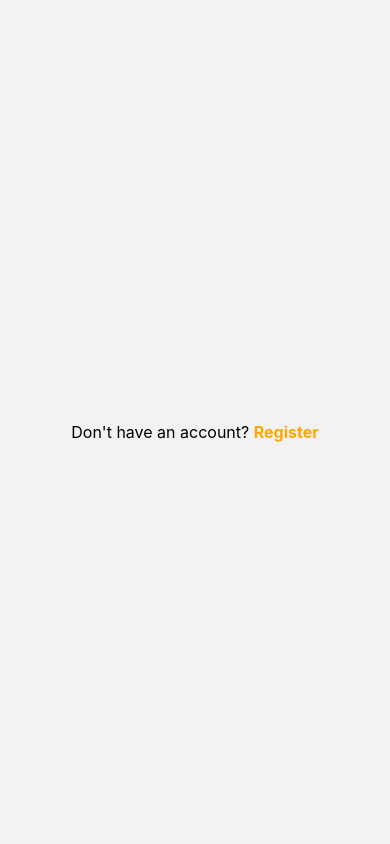
Repository: ds-mbappe/UpShoCal
Screen: /
These files come from the project's save history. The screen is drawn as it stood at one moment and after the next save; the edit follows.
The app was drawn by React Native's web renderer in a window 390 px wide. The project was rebuilt for these pictures with package versions that can differ from the ones it lists, and the page was loaded fresh each time. Also part of the build but not shown: data.js, Screens/Home.js, Screens/Product.js, Screens/Registration.js.

Above is the screen before, as saved 2022-06-07 13:42:04.

After the next save:
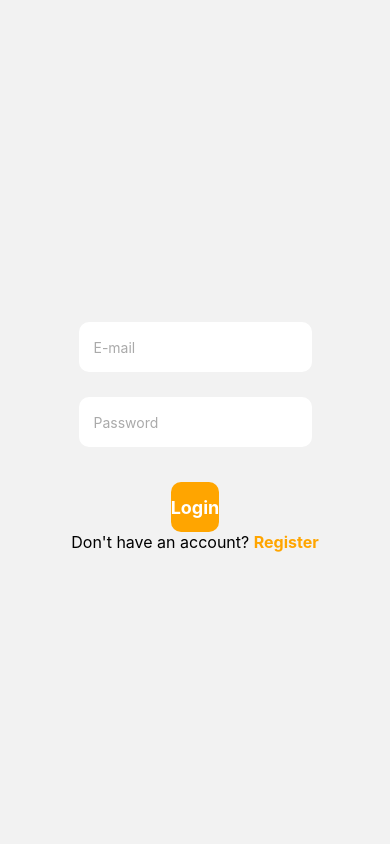
Saved 22 s later.
--- a/Screens/Login.js
+++ b/Screens/Login.js
@@ -28,6 +28,29 @@ const Login = ({ navigation }) => {
         contentContainerStyle={{ flexGrow: 1, justifyContent: "center" }}
       >
         <View style={styles.footerView}>
+          <TextInput
+            style={styles.input}
+            placeholder="E-mail"
+            placeholderTextColor="#AAAAAA"
+            onChangeText={(text) => setEmail(text)}
+            value={email}
+            autoCapitalize="none"
+          />
+          <TextInput
+            style={styles.input}
+            placeholder="Password"
+            placeholderTextColor="#AAAAAA"
+            secureTextEntry={true}
+            onChangeText={(text) => setPassword(text)}
+            value={password}
+            autoCapitalize="none"
+          />
+          <TouchableOpacity
+            style={styles.button}
+            onPress={() => onLoginPress()}
+          >
+            <Text style={styles.buttonTitle}>Login</Text>
+          </TouchableOpacity>
           <Text style={styles.footerText}>
             Don't have an account?{" "}
             <Text style={styles.footerLink} onPress={onFooterLinkPress}>
